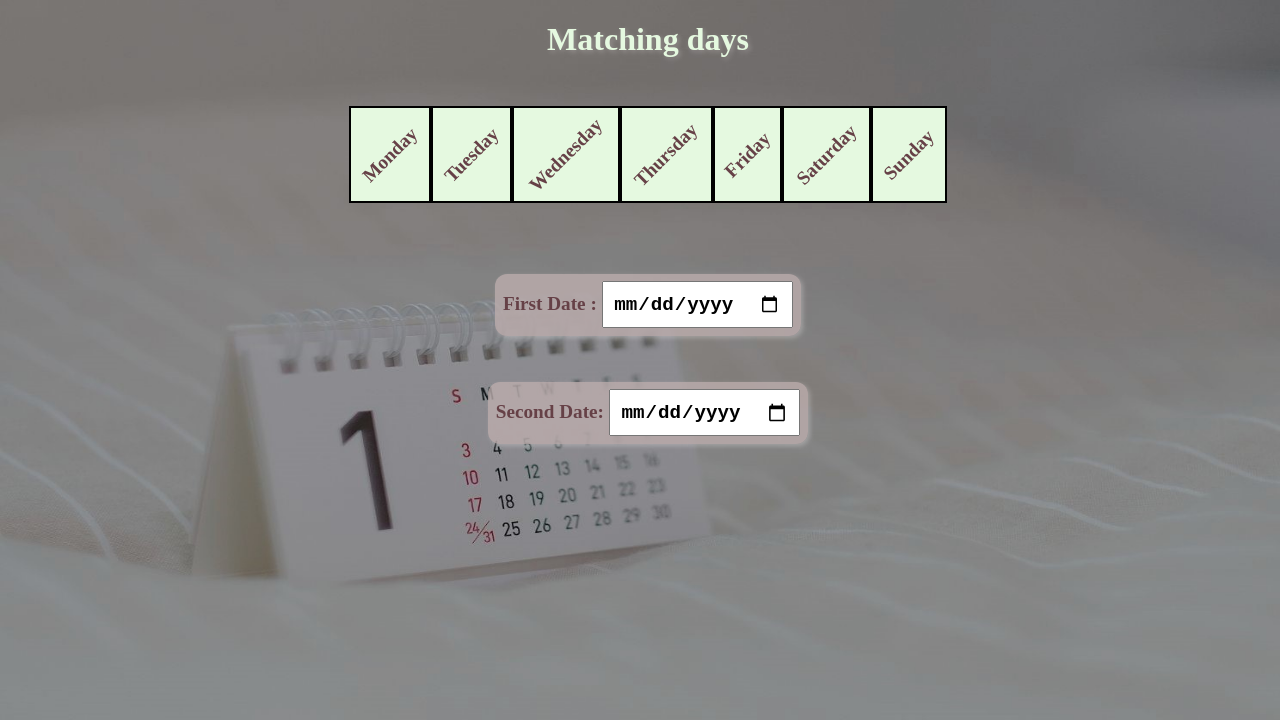
Repository: lasity34/matching-days
Page: index.html
The author's editor kept a copy of each file at every save. The page is drawn from the files as they stood at one save, then again after the next save.
The browser window is 1280 px wide. The page is 1288 px wide, so the pictures cover 1288 px, including what lies to the right of the window. The pictures show the whole page.
Some web fonts or font styles are not loaded; a fallback is used. Some web libraries are served in a nearby version.

Above is the page before, as saved 2023-05-10 12:43:24.

### index.html
<!DOCTYPE html>
<html lang="en">
<head>
    <meta charset="UTF-8">
    <meta http-equiv="X-UA-Compatible" content="IE=edge">
    <meta name="viewport" content="width=device-width, initial-scale=1.0">
    <title>Matching days</title>
    <link rel="preconnect" href="https://fonts.googleapis.com">
<link rel="preconnect" href="https://fonts.gstatic.com" crossorigin>
<link href="https://fonts.googleapis.com/css2?family=Battambang:wght@300;400;700&display=swap" rel="stylesheet">
    <link rel="stylesheet" href="style.css" >
    <script src="https://cdnjs.cloudflare.com/ajax/libs/handlebars.js/4.0.11/handlebars.min.js"></script>
    <script type="text/x-template" id="days_template">
        {{#each different_days}}
        <div class="day_box"><p class="day_text">{{day}}</p></div>
        {{/each}}
    </script>
</head>
<body>

    <h1>Matching days</h1>
    <section class="days_container">

    </section>
    <section class="date_input_container">
        <div class="input_box">

            <label for="first_date">First Date :</label>
            <input type="date" id="first_date" name="first_date" />
        </div>
        <div class="input_box">

            <label for="second_date">Second Date:</label>
            <input type="date" id="second_date" name="second_date"/>
        </div>
    </section>


        <!-- matching-days function -->
        <script src="/matching-days.js" charset="utf-8"></script>
        <!-- followed by the tests -->
        <script src="./matching-days-factory.js" charset="utf-8"></script>

</body>
</html>

### style.css

html {
    font-family: 'Battambang', cursive;
    background: url("./Images/background.jpg") no-repeat  center / 100% 100% fixed ;
    font-weight: 700;
    font-size: 16px;
    color: #664147
}

body {
    width: 100%;
}

h1 {
    text-align: center;
    text-shadow: 2px 2px 5px rgba(227, 223, 223, 0.3);
    color: #E5F9E0;
}
/* days display */
.days_container {
    display: flex;
    justify-content: center;
    margin: 3em auto;
    width: 100%;
}

.day_box {
    border: 2px solid black;
    padding: 1em 0.3em;
    background-color: #E5F9E0
}

.day_text {
    transform: rotate(-45deg);
    font-size: 1.2rem;
}

/* dates input */


.date_input_container {
    display: flex;
    flex-direction: column;
    align-items: center;
    justify-content: space-around;
    height: 30vh;
    font-size: 1.2rem;
}

input {
    font-size: 1.2rem;
    font-weight: 700;
    padding: 0.5em;
}

.input_box {
    background-color: rgba(188, 173, 173, 0.8);
    box-shadow: 2px 2px 5px rgba(245, 243, 243, 0.3);
    border-radius: 12px;
    padding: 0.4em;
}

### matching-days.js



document.addEventListener("DOMContentLoaded", function() {

    const template_source = document.querySelector("#days_template").innerHTML
    const days_template = Handlebars.compile(template_source)
    const days_data_display = document.querySelector(".days_container")

    const daysData = {
        different_days: [
            { day: "Monday"},
            { day: "Tuesday"},
            { day: "Wednesday"},
            { day: "Thursday"},
            { day: "Friday"},
            { day: "Saturday"},
            { day: "Sunday"}
        ]
    }

    const daysDataHTML = days_template(daysData)

    days_data_display.innerHTML = daysDataHTML

})

Loaded but not shown: matching-days-factory.js (no stored copy; drawn as an empty file)

After the next save:
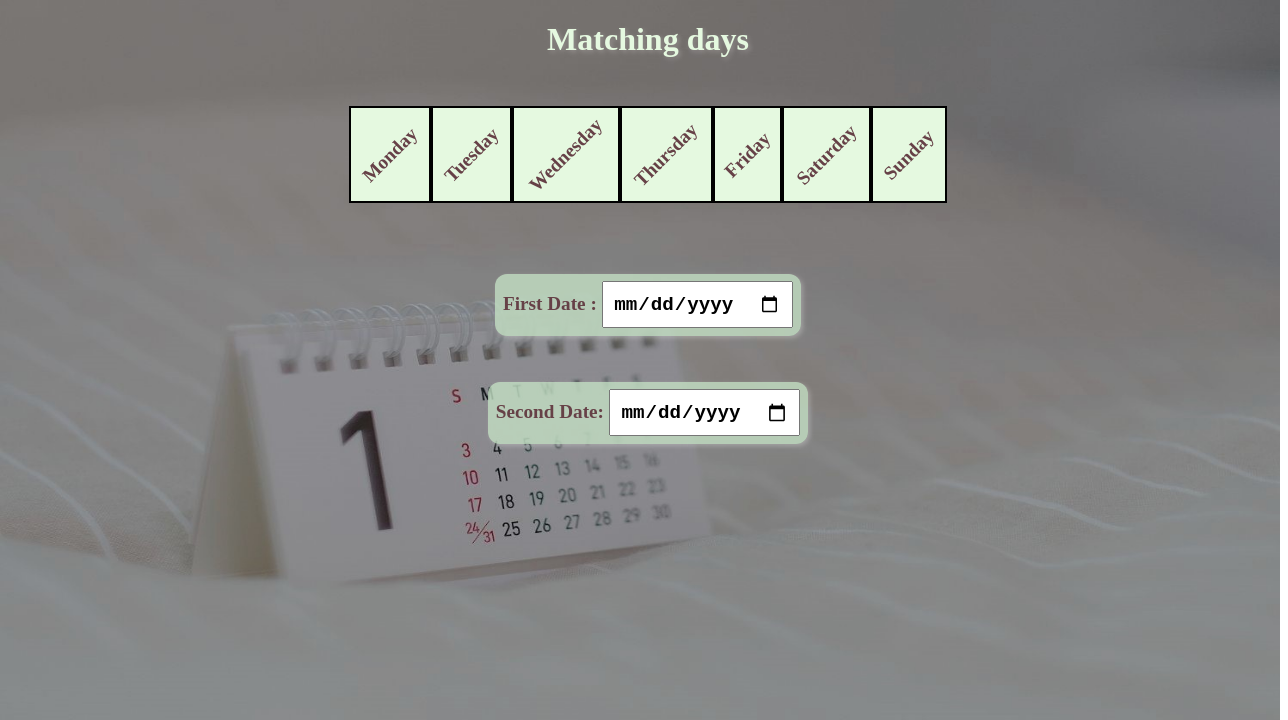
Saved 46 min 29 s later.
--- a/style.css
+++ b/style.css
@@ -54,7 +54,7 @@ input {
 }
 
 .input_box {
-    background-color: rgba(188, 173, 173, 0.8);
+    background-color: rgba(196, 223, 196, 0.8);
     box-shadow: 2px 2px 5px rgba(245, 243, 243, 0.3);
     border-radius: 12px;
     padding: 0.4em;
